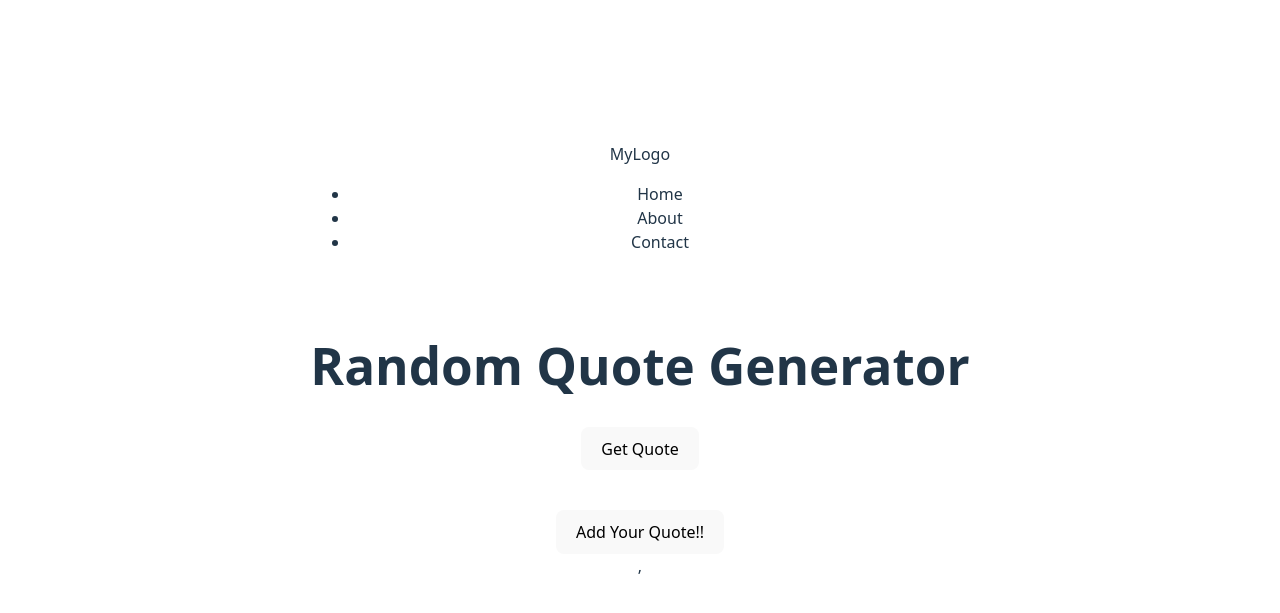
Repository: Vaibhav979/Quote-Generator
Page: / (app in QuoteGen-View/)
These files come from the project's save history. The page is drawn as it stood at one moment and after a run of saves; the edit follows.
The browser window is 1280 px wide. The pictures show the whole page.
The project was rebuilt for these pictures with package versions that can differ from the ones it lists, and the page was loaded fresh each time. Also part of the build but not shown: QuoteGen-View/vite.config.js, QuoteGen-View/src/components/AddQuotePage.jsx.

Above is the page before, as saved 2025-08-15 20:33:18.

### QuoteGen-View/src/main.jsx
import { StrictMode } from "react";
import React from "react";
import { createRoot } from "react-dom/client";
import "./index.css";
import App from "./App.jsx";
import { GoogleOAuthProvider } from "@react-oauth/google";

createRoot(document.getElementById("root")).render(
  <GoogleOAuthProvider clientId="268854021462-45hsdqqb47302gc2gju9ife2gkvviche.apps.googleusercontent.com">
    <StrictMode>
      <App />
    </StrictMode>
    ,
  </GoogleOAuthProvider>
);

### QuoteGen-View/src/App.jsx
import { useState } from "react";
import { BrowserRouter, Route, Routes } from "react-router-dom";
import React from "react";
import AddQuotePage from "./components/AddQuotePage";
import Quotes from "./components/Quotes";
import "./App.css";
import Navbar from "./components/Navbar";

function App() {
  return (
    <>
      <Navbar />
      <BrowserRouter>
        <Routes>
          <Route path="/" element={<Quotes />} />
          <Route path="/addQuote" element={<AddQuotePage />} />
        </Routes>
      </BrowserRouter>
    </>
  );
}

export default App;

### QuoteGen-View/src/components/Quotes.jsx
import React from "react";
import { useState } from "react";
import { useNavigate } from "react-router-dom";

const Quotes = () => {
  const [quote, setQuote] = useState("");
  const navigate = useNavigate();
  const fetchQuote = async () => {
    try {
      const res = await fetch("http://localhost:8080/quote");
      const text = await res.text();
      setQuote(text);
    } catch (error) {
      setQuote("Error fetching quote");
    }
  };

  return (
    <>
      <div>
        <h1>Random Quote Generator</h1>
        <button onClick={fetchQuote}>Get Quote</button>
        <p>{quote}</p>
        <br />
        <button onClick={() => navigate("/addQuote")}>Add Your Quote!!</button>
      </div>
    </>
  );
};

export default Quotes;

### QuoteGen-View/src/components/Navbar.jsx
import React from "react";
import { GoogleLogin } from "@react-oauth/google";

const Navbar = () => {
  return (
    <div className="w-full h-16 bg-gray-800 flex items-center px-6 shadow-md">
      <navbar className="flex items-center justify-between w-full">
        <div className="text-white text-2xl font-bold">MyLogo</div>
        <ul className="list-none flex items-center gap-8 text-white text-lg">
          <li className="hover:text-gray-400 cursor-pointer">Home</li>
          <li className="hover:text-gray-400 cursor-pointer">About</li>
          <li className="hover:text-gray-400 cursor-pointer">Contact</li>
        </ul>
        <GoogleLogin
          onSuccess={(credentialResponse) => {
            console.log("Login Success", credentialResponse);
          }}
          onError={() => {
            console.log("Login Failed");
          }}
          theme="filled_black"
          size="medium"
        />
      </navbar>
    </div>
  );
};

export default Navbar;

Loaded but not shown: QuoteGen-View/index.html (common file); QuoteGen-View/src/index.css (common file); QuoteGen-View/src/App.css (common file)

After the next 2 saves:
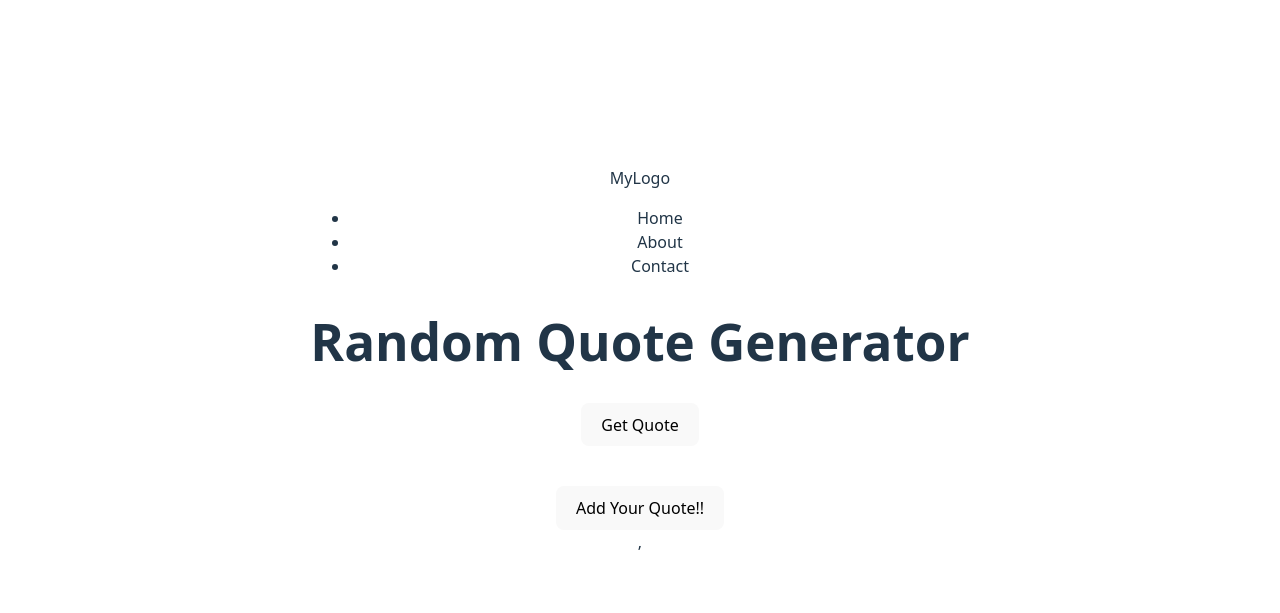
The 2 saves are shown as one change because they came seconds apart.
The last was saved 9 min 54 s later.
--- a/QuoteGen-View/src/components/Navbar.jsx
+++ b/QuoteGen-View/src/components/Navbar.jsx
@@ -11,7 +11,8 @@
           <li className="hover:text-gray-400 cursor-pointer">About</li>
           <li className="hover:text-gray-400 cursor-pointer">Contact</li>
         </ul>
-        <GoogleLogin
+
+        {/* <GoogleLogin
           onSuccess={(credentialResponse) => {
             console.log("Login Success", credentialResponse);
           }}
@@ -20,7 +21,7 @@
           }}
           theme="filled_black"
           size="medium"
-        />
+        /> */}
       </navbar>
     </div>
   );
